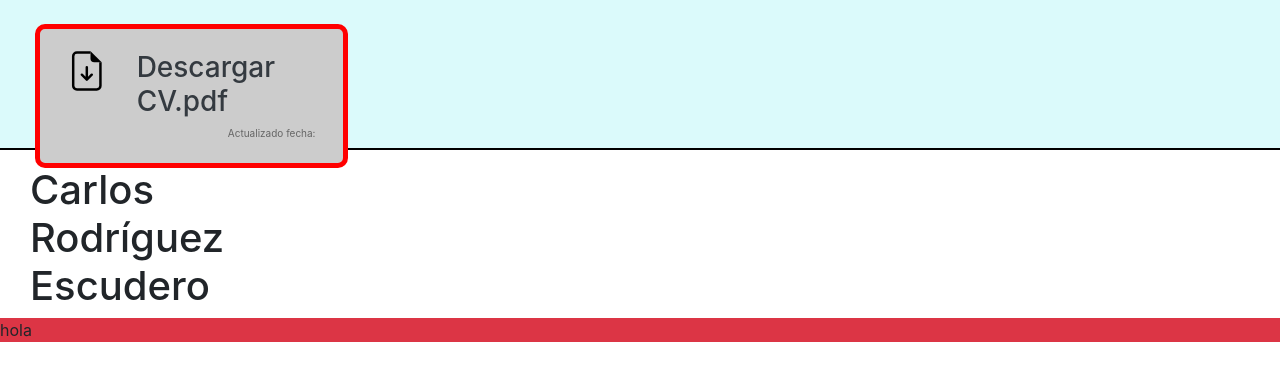
Repository: CarlosRoEs/CarlosWebCV
Page: index.html
These files come from the project's save history. The page is drawn as it stood at one moment and after the next save; the edit follows.
The browser window is 1280 px wide. The pictures show the whole page.
The style sheet was rebuilt from its Sass, Less or Tailwind sources for each picture, by a compiler version that may differ from the author's.

Above is the page before, as saved 2020-09-15 16:09:42.
Console error: ReferenceError: $ is not defined

### index.html
<!DOCTYPE html>
<html lang="es">

<head>
    <meta charset="UTF-8">
    <meta name="viewport" content="width=device-width, initial-scale=1.0">
    <title>Carlos Rodríguez</title>
    <link rel="stylesheet" href="bootstrap/css/bootstrap.min.css">
    <link rel="stylesheet" href="Sass/dist/header.css">
</head>

<body>

    <div class="container-fluid">
        <div id="row-header" class="row">
            <header id="header" class="col-12 d-flex flex-row flex-wrap">
                <button id="header-button" type="button"
                    class="btn btn-secondary col-3 d-flex flex-row flex flex-wrap mt-4" data-toggle="tooltip"
                    data-placement="top" title="Descargar PDF">
                    <svg width="40px" height="40px" viewBox="0 0 16 16" class="bi bi-file-earmark-arrow-down col-3 mt-3"
                        fill="dark" xmlns="http://www.w3.org/2000/svg">
                        <path
                            d="M4 0h5.5v1H4a1 1 0 0 0-1 1v12a1 1 0 0 0 1 1h8a1 1 0 0 0 1-1V4.5h1V14a2 2 0 0 1-2 2H4a2 2 0 0 1-2-2V2a2 2 0 0 1 2-2z" />
                        <path d="M9.5 3V0L14 4.5h-3A1.5 1.5 0 0 1 9.5 3z" />
                        <path fill-rule="evenodd"
                            d="M8 6a.5.5 0 0 1 .5.5v3.793l1.146-1.147a.5.5 0 0 1 .708.708l-2 2a.5.5 0 0 1-.708 0l-2-2a.5.5 0 1 1 .708-.708L7.5 10.293V6.5A.5.5 0 0 1 8 6z" />
                    </svg>
                    <h3 id="h3-header" class="col-9 mt-3 text-left text-dark">Descargar CV.pdf</h3>
                    <p class="col-12 text-right text-black-50">Actualizado fecha:</p>
        </div>
        <div class="col-2">
            <h1 class="mt-3 mr-5 align-items-center">Carlos Rodríguez Escudero</h1>
        </div>
        </header>

        <div class="row bg-danger">
            hola
        </div>

    </div>
    <script>
        $(function () {
            $('[data-toggle="tooltip"]').tooltip()
        })
    </script>

    <script type="text/javascript" src="jquery/jquery-3.5.1.min.js"></script>
    <script type="text/javascript" src="bootstrap/js/bootstrap.min.js"></script>
</body>

</html>

### Sass/header.scss
* {
    margin: 0px;
    padding: 0px;
}


#header {
    height: 150px;
    text-align: center;
    border-bottom: 2px solid black;
    background-color: rgba(175, 244, 247, 0.446);

    h1{
        margin-left: 45%;
    }
}

#header-button {
    margin-left: 20px;
    background-color: #ccc;
    border: 5px solid red;
    border-radius: 10px;
    font-size: 10px;
}

Loaded but not shown: bootstrap/css/bootstrap.min.css (library); jquery/jquery-3.5.1.min.js (library); bootstrap/js/bootstrap.min.js (library)

After the next save:
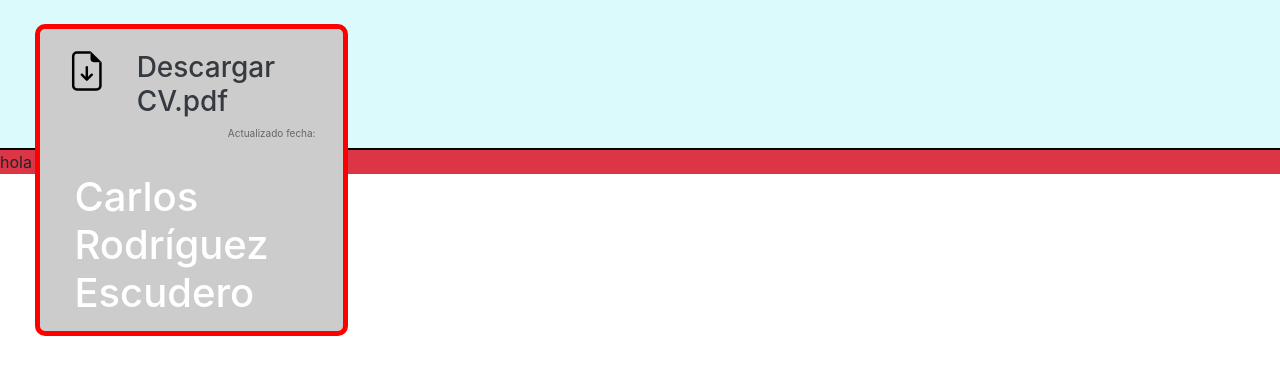
Saved 58 s later.
--- a/index.html
+++ b/index.html
@@ -27,11 +27,11 @@
                     </svg>
                     <h3 id="h3-header" class="col-9 mt-3 text-left text-dark">Descargar CV.pdf</h3>
                     <p class="col-12 text-right text-black-50">Actualizado fecha:</p>
-        </div>
-        <div class="col-2">
-            <h1 class="mt-3 mr-5 align-items-center">Carlos Rodríguez Escudero</h1>
-        </div>
-        </header>
+                    <div class="col-2">
+                        <h1 class="mt-3 mr-5 align-items-center">Carlos Rodríguez Escudero</h1>
+                    </div>
+                </header>
+            </div>
 
         <div class="row bg-danger">
             hola
